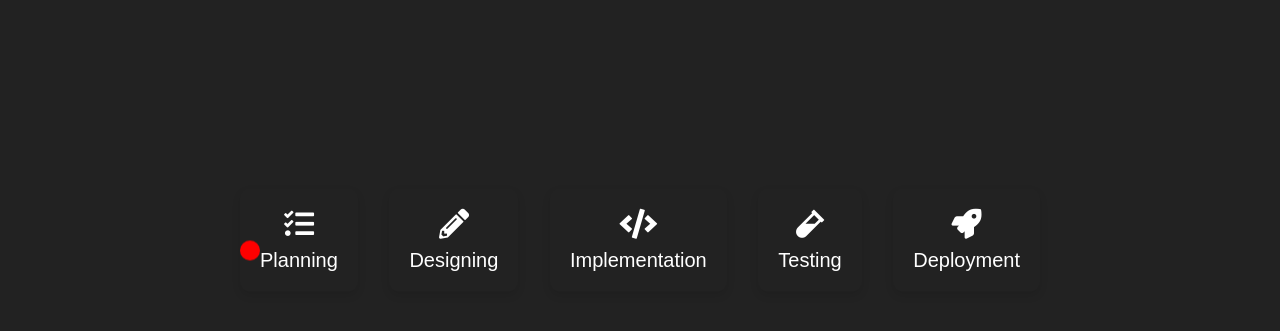
Repository: itsquadian/IT-SQUADIAN
Page: try.html
The author's editor kept a copy of each file at every save. The page is drawn from the files as they stood at one save, then again after a run of saves.
The browser window is 1280 px wide. The pictures show the whole page.

Above is the page before, as saved 2024-04-13 20:13:25.

After the next 2 saves:
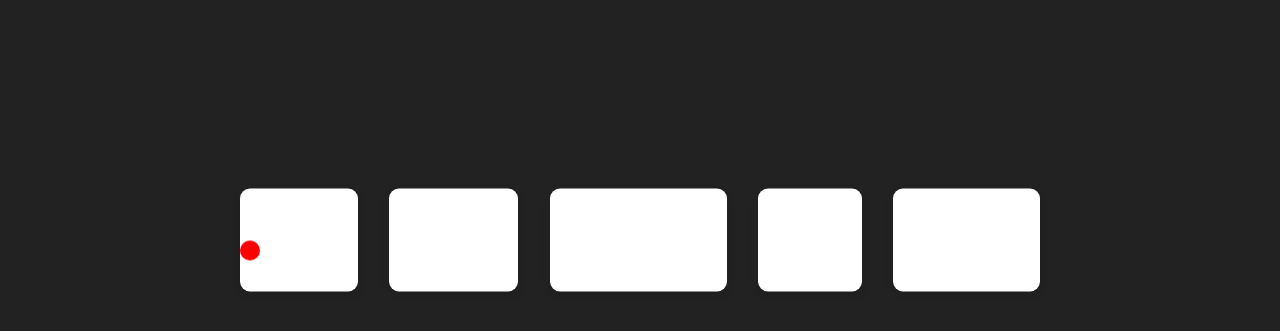
The 2 saves are shown as one change because they came seconds apart.
The last was saved 8 s later.
--- a/try.html
+++ b/try.html
@@ -55,7 +55,7 @@
         border-radius: 10px;
         box-shadow: 0 4px 8px rgba(0, 0, 0, 0.1);
         position: relative;
-        color: #fff; /* Set text color to white */
+        background-color: #fff; /* Set text color to white */
 
     }
 
